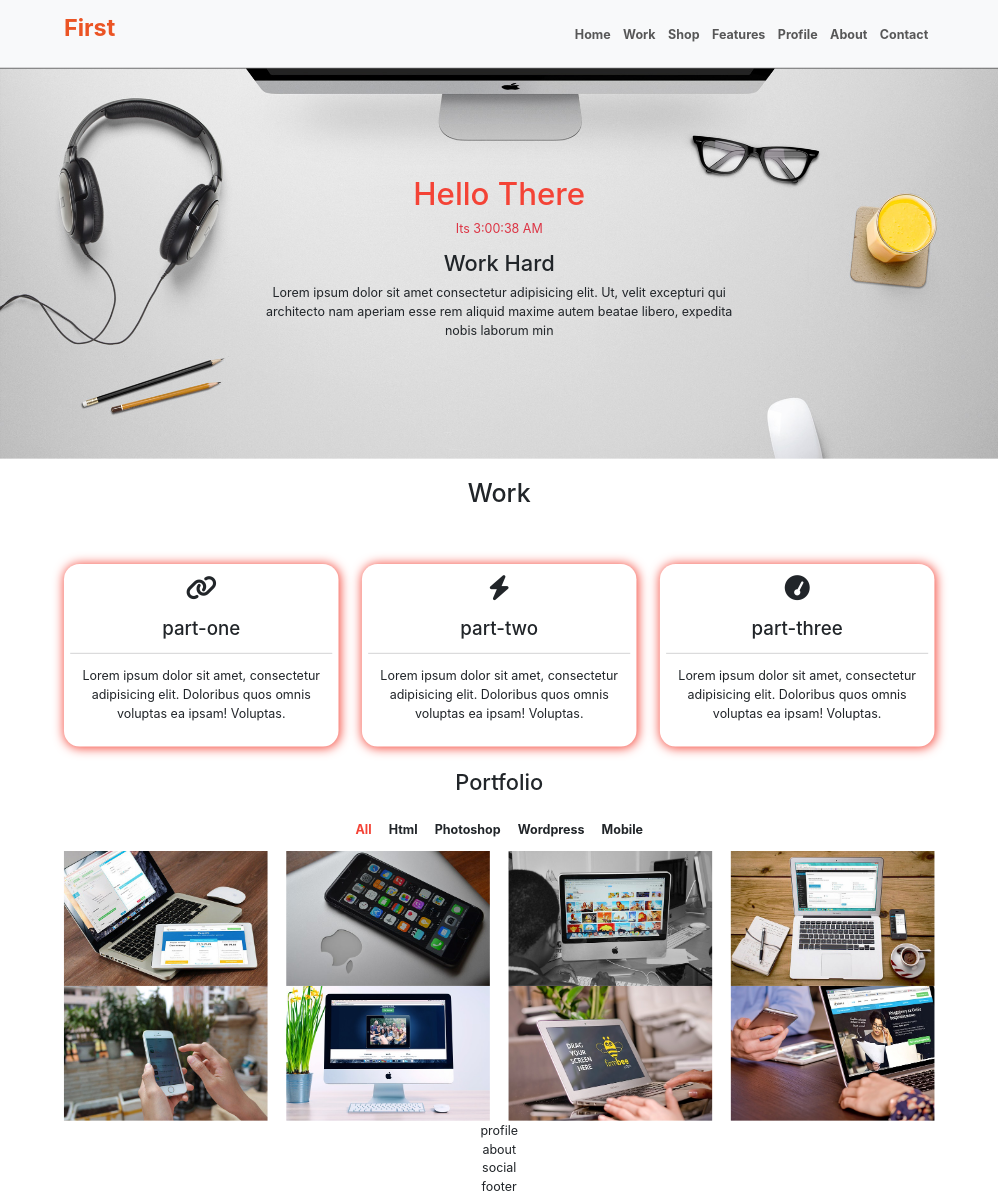
Repository: Hager-h/temple
Page: /
The author's editor kept a copy of each file at every save. The page is drawn from the files as they stood at one save, then again after the next save.
The browser window is 1280 px wide. The pictures show the whole page, at 78% of full size.
The project was rebuilt for these pictures with package versions that can differ from the ones it lists, and the page was loaded fresh each time. Also part of the build but not shown: src/components/contact/index.js, src/components/Shop/shop.css, src/components/Shop/Shop.js, src/components/card/card.css, src/components/card/Card.js.

Above is the page before, as saved 2023-07-17 15:32:17.

### src/index.js
import React from 'react';
import ReactDOM from 'react-dom/client';
import "../node_modules/bootstrap/dist/css/bootstrap.min.css"
import "../node_modules/bootstrap/dist/js/bootstrap.min.js"
import './index.css';

import App from './App';
import reportWebVitals from './reportWebVitals';
import { BrowserRouter } from 'react-router-dom';

const root = ReactDOM.createRoot(document.getElementById('root'));
root.render(
  <React.StrictMode>
  <BrowserRouter>
  <App />
  </BrowserRouter>
  </React.StrictMode>
);

// If you want to start measuring performance in your app, pass a function
// to log results (for example: reportWebVitals(console.log))
// or send to an analytics endpoint. Learn more: https://bit.ly/CRA-vitals
reportWebVitals();

### src/App.js
import './App.css';
import Home from "./components/home/Home"
import Contact from "./components/contact/index"
import Nav from "./components/navbar/Nav"
import {Routes,Route} from "react-router-dom"
import Shop from './components/Shop/Shop';
import Card  from './components/card/Card';
function App() {
  return (
    <div className="App">
    <Nav />
    <Routes>
    <Route path="/" element={<Home />} />
    <Route path="/contact" element={<Contact />} />
    <Route path="/shop" element={<Shop />} />
    <Route path="shop/:cardId" element={<Card />} />

    </Routes>




    </div>
  );
}

export default App;

### src/components/home/Home.js
import React from 'react'
import Work from "./../work/Work"
import Portfolio from "./../portfolio/Portfolio"
import Footer from "./../footer/Footer"
import Social from "./../social/Social"
import About from "./../about/about"
import Profile from "./../Profile/Profile"
import Landing from "./../landing/landing"
export default function Home() {
  return (
    <div>

<Landing />
    <Work />
    <Portfolio />

    <Profile />
    <About />
    <Social />
    <Footer />



    </div>
    )
}

### src/components/navbar/Nav.js
import React from "react"
import { Link } from 'react-router-dom'

import "./navStyle.css"
export default function Nav() {
  return (



    <nav className="navbar navbar-expand-lg bg-body-tertiary ">
    <div className="container ">
      <p className="navbar-brand logo-text" >First</p>
      <button className="navbar-toggler" type="button" data-bs-toggle="collapse" data-bs-target="#navbarNavAltMarkup" aria-controls="navbarNavAltMarkup" aria-expanded="false" aria-label="Toggle navigation">
        <span className="navbar-toggler-icon"></span>
      </button>
      <div className="collapse navbar-collapse  " id="navbarNavAltMarkup">
        <div className="navbar-nav ms-auto">
          <Link className="nav-link " to="/">Home</Link>
          <Link className="nav-link" to="/work">Work</Link>
          <Link className="nav-link" to="/shop">Shop</Link>
          <Link className="nav-link" to="/feat">Features</Link>
          <Link className="nav-link" to="/profile">Profile</Link>
          <Link className="nav-link" to="/about">About</Link>
          <Link className="nav-link" to="/contact">Contact</Link>
        </div>

      </div>
    </div>
  </nav>

















  )
}

### src/components/work/Work.js
import "./work.css"
import {Usehook} from "../hook/Hook"
export default function Work() {
  const[data,loading,err]=Usehook('js/data.json')



const dataList=data.map(item=>{
  return (
    <div key={item.id}className="part first">
    <i className={item.icon_name}></i>
<h4 className="part-title">{item.title}</h4>
<hr className="line"/>
<p className="part-desc">
{item.body}
</p>
</div>
  )
})
  return (
    <div className="work">
    <div className="container">

        <h2 className="work-title"><span>My</span> Work</h2>
        <div className="all-work">

        {loading&&<p className="spinner"></p>}
          {dataList}
          {err&&<p className="Err">{err}</p>}
            </div>
    </div>
</div>
  )
}

### src/components/portfolio/Portfolio.js
import React,{useEffect,useState} from 'react'

import "./port.css"
import {Usehook} from "../hook2/Hook2.js"

export default function Portfolio() {


    const[data,loading,err]=Usehook('js/data.json')

    const images=data.map((item)=>{
      console.log(item)
      return(

<div key={item.id} className=" col-md-3 box">
<div className="overlay"></div>
<span>Show Image</span>
<div className="show ">

<img className="port-image  " src={item.image} alt="image" />

          </div>







      </div>


    )
  })






  return (
    <div className="port">
<h3> <span> My</span> Portfolio</h3>

<div className="catgeory">
<p className="orange">All</p>
<p>Html</p>
<p>Photoshop</p>
<p>Wordpress</p>
<p> Mobile</p>
</div>
<div className="container">
        <div className="row ">






{images}

        </div>
        </div>






</div>











  )
}

### src/components/social/Social.js
import React from 'react'

export default function Social() {
  return (
    <div>
      social
    </div>
  )
}

### src/components/landing/landing.js
import React,{Fragment, useState,useEffect} from 'react'
import "./landing.css"
export default function Landing() {
  const [time, settime] = useState(new Date().toLocaleTimeString())
  useEffect(() => {
    setInterval(() => {
      settime(new Date().toLocaleTimeString())
    },1000)
  },[])
  return (
    <>
    <div className='landing'>
    <div className='containerr'>
    <div className='text-landing'>

    <h1>hello there
    </h1>
              <p className="text-danger FS-2"> Its {time}</p>
<h3>work hard </h3>
<p>Lorem ipsum dolor sit amet consectetur adipisicing elit. Ut, velit excepturi qui architecto nam aperiam esse rem aliquid maxime autem beatae libero, expedita nobis laborum min</p>

</div>
      </div>
    </div>
    </>
  )
}

### src/components/navbar/navStyle.css
.navbar {
  background: #fff;
  border-bottom: 1px solid #000;


}




 .logo-text {
  font-size: 30px;
  font-weight: bold;
  color:#eb5424
};
.nav-link{
  font-weight: bolder;}
.nav-link:focus, .nav-link:hover {
  color: #F44336;
}.nav-link:focus, .nav-link:hover {
  color: #F44336;

}
.navbar-nav{
  font-weight: bolder;

}
.navbar-toggler:focus{
  border:2px solid #F44336;
  box-shadow: 0 0 0 #F44336;
}
@media(max-width:570px){
  .text-landing{
    width:100%;
  }
}

### src/components/work/work.css



.all-work{display: flex;
    justify-content: center;
    align-items: center;
    margin-top: 72px;}
    .part{
      box-shadow: 1px 1px 13px 1px #f44336;
    border-radius: 20px;
    padding: 15px 8px;

    }
    .part-title{
      margin-top:20px;
    }
    .part:not(:last-child){
      margin-right:30px
    }
    .work-title span{
      color:#f44336
    }
    .work-title{
      margin-top:25px
    }
.loading{

}
.Err{
  font-weight:bolder;
  text-transform: capitalize;
      color:#f44336;
font-size :22px;
margin-bottom: 30px;
text-align: center;
}

.spinner {
  border: 3px solid #f3f3f3;
  border-top: 3px solid #f44336;
  border-radius: 50%;
  width: 20px;
  height: 40px;
  animation: spin 1s linear infinite;
  position: absolute  ;
  top:50%;
  left:50%;
  transform:translate(-50%,-50%)
   ;
  -webkit-transform:translate(-50%,-50%)  ;
  -moz-transform:translate(-50%,-50%)  ;
  -ms-transform:translate(-50%,-50%)  ;
  -o-transform:translate(-50%,-50%)  ;
}

@keyframes spin {
  0% { transform: rotate(0deg); }
  100% { transform: rotate(360deg); }
}


    @media(max-width:570px){
      .all-work{
      flex-wrap:wrap;
      }
.part:not(:last-child){
  margin-right: 0;
}
.part{
  margin-bottom: 22px;
}

    }

### src/components/hook/Hook.js
import {useEffect,useState}from 'react'
import axios from 'axios'
export  function Usehook(url) {
  const [data,setdata]=useState([])
  const [err,seterr]=useState(null)
  const [loading,setloading]=useState(null)

  useEffect(()=>{
    setloading(true)
    axios.get(url).then(res=>
      {
      setloading(false)
    setdata(res.data.works)
    console.log(res.data)
    seterr(false)
    }
    ).catch(err=>{
      setloading(false)
      seterr("something went wrong")
    })

  },[])
return[data,loading,err]
}

### src/components/portfolio/port.css
.port{
  margin-top:30px;
}
.box{position:relative;
  overflow: hidden;


}
 .catgeory{
  display :flex;
  justify-content: center;
  align-items: center;
  margin-top: 30px;

 }
 .catgeory p:not(:last-child){
  margin-right: 22px;
 }
.catgeory p{
  cursor:pointer;
  font-weight: bold;

}
.catgeory p:hover,.orange{
  color: #F44336;
}


  .port-image{
    max-width:100%;

 }
 span{
  border:1px solid #F44336;
  position: absolute;
  top:50%;
  left:50%;
  transform: translate(-50%,-50%);
  -webkit-transform: translate(-50%,-50%);
  -moz-transform: translate(-50%,-50%);
  -ms-transform: translate(-50%,-50%);
  -o-transform: translate(-50%,-50%);
  background-color: aliceblue;
  padding: 8px 8px;
  border-radius: 14px;
  -webkit-border-radius: 14px;
  -moz-border-radius: 14px;
  -ms-border-radius: 14px;
  -o-border-radius: 14px;
  cursor:pointer;
  font-weight:bolder;
  opacity:0;

}
.overlay{
  position: absolute;
  top: 0;
  left: 0;
  bottom: 0;
  right: 0;
  background: rgba(224, 158, 138, 0.5);
  font-size: 15px;
  opacity: 0;
  max-width:100% ;
}
.box:hover .overlay,
.box:hover span{
  opacity: 1;
}

### src/components/hook2/Hook2.js
import React ,{useEffect,useState}from 'react'
import axios from 'axios'
export  function Usehook(url) {
  const [data,setdata]=useState([])
  const [err,seterr]=useState(null)
  const [loading,setloading]=useState(null)

  useEffect(()=>{
    setloading(true)
    axios.get(url).then(res=>
      {
      setloading(false)
    setdata(res.data.portfolio)
    console.log(res.data.portfolio)
    seterr(false)
    }
    ).catch(_err=>{
      setloading(false)
      seterr("something went wrong")
    })

  },[url])
return[data,loading,err]
}

### src/components/landing/landing.css
.landing{
  height: 500px;
   background:url("../../../public/images/Home/home-bg.jpg");
  background-position: center;
  background-size: cover;
position: relative;
text-align: center;
}
.containerr{
  width:85%;
  margin:auto;
}
.text-landing{
  position:absolute;
  top:50%;
  left:50%;
  transform: translate(-50%,-50%);
  -webkit-transform: translate(-50%,-50%);
  -moz-transform: translate(-50%,-50%);
  -ms-transform: translate(-50%,-50%);
  -o-transform: translate(-50%,-50%);
}
h1{
  color:#F44336;
  text-transform: capitalize;

}
h3{
  text-transform: capitalize;

}

### public/js/data.json
{
  "works" : [
      {
          "id" : 1,
          "icon_name": "icon fa fa-chain fa-2x",
          "title": "part-one",
          "body": "Lorem ipsum dolor sit amet, consectetur adipisicing elit. Doloribus quos omnis voluptas ea ipsam! Voluptas."
      },
      {
          "id" : 2,
          "icon_name": "icon fa fa-bolt fa-2x",
          "title": "part-two",
          "body": "Lorem ipsum dolor sit amet, consectetur adipisicing elit. Doloribus quos omnis voluptas ea ipsam! Voluptas."
      },
      {
          "id" : 3,
          "icon_name": "icon fa fa-tachometer fa-2x",
          "title": "part-three",
          "body": "Lorem ipsum dolor sit amet, consectetur adipisicing elit. Doloribus quos omnis voluptas ea ipsam! Voluptas."
      }
  ],

  "portfolio" : [
      {
          "id":1,
          "image": "/images/Portfolio/portfolio-img1.jpg"

      },
      {
          "id":2,
          "image": "/images/Portfolio/portfolio-img2.jpg"
        },
      {
          "id":3,
          "image": "/images/Portfolio/portfolio-img3.jpg"
        },
      {
          "id":4,
          "image": "/images/Portfolio/portfolio-img4.jpg"
        },
      {
          "id":5,
          "image": "/images/Portfolio/portfolio-img5.jpg"
        },
      {
          "id":6,
          "image": "/images/Portfolio/portfolio-img6.jpg"
      },
      {
          "id":7,
          "image": "/images/Portfolio/portfolio-img7.jpg"
      },
      {
          "id":8,
          "image": "/images/Portfolio/portfolio-img8.jpg"
      }
  ] ,
  "social" : [
      {
          "id": 1,
          "icon" : "icon fa fa-facebook fa-lg",
          "title" : "Follow Me on",
          "body" : "Social Facebook"
      },
      {
          "id": 2,
          "icon" : "icon fa fa-twitter fa-lg",
          "title" : "Tweet Me on",
          "body" : "Social twitter"
      },
      {
          "id": 3,
          "icon" : "icon fa fa-pinterest fa-lg",
          "title" : "Pin Me on",
          "body" : "Social Pinterest"
      }
  ]
}

Loaded but not shown: public/index.html (common file); src/index.css (common file); src/reportWebVitals.js (common file); src/App.css (common file); src/components/footer/Footer.js (common file); src/components/about/About.js (common file); src/components/Profile/Profile.js (common file)

After the next save:
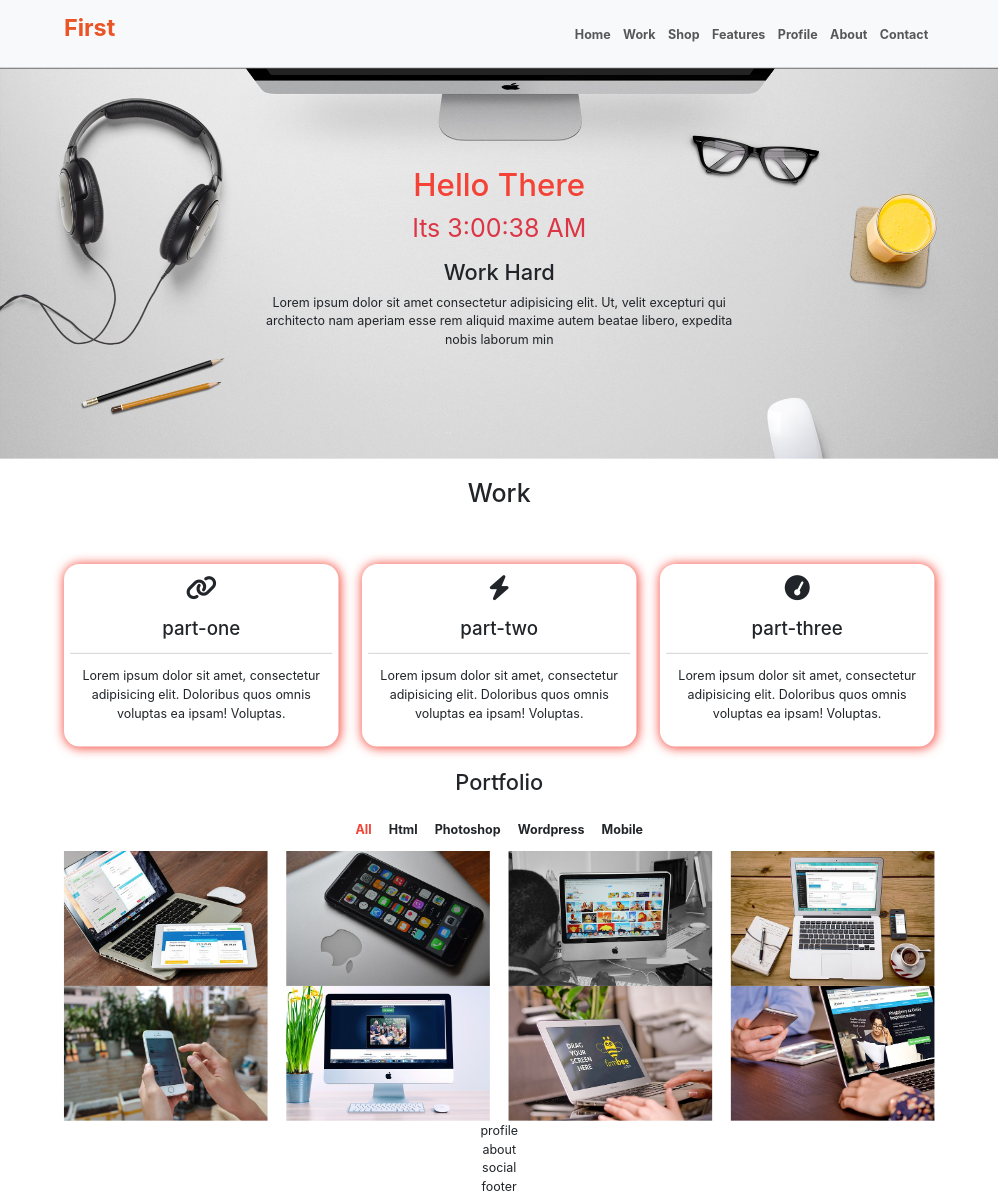
Saved 8 s later.
--- a/src/components/landing/landing.js
+++ b/src/components/landing/landing.js
@@ -15,7 +15,7 @@ export default function Landing() {
 
     <h1>hello there
     </h1>
-              <p className="text-danger FS-2"> Its {time}</p>
+              <p className="text-danger fs-2"> Its {time}</p>
 <h3>work hard </h3>
 <p>Lorem ipsum dolor sit amet consectetur adipisicing elit. Ut, velit excepturi qui architecto nam aperiam esse rem aliquid maxime autem beatae libero, expedita nobis laborum min</p>
 
